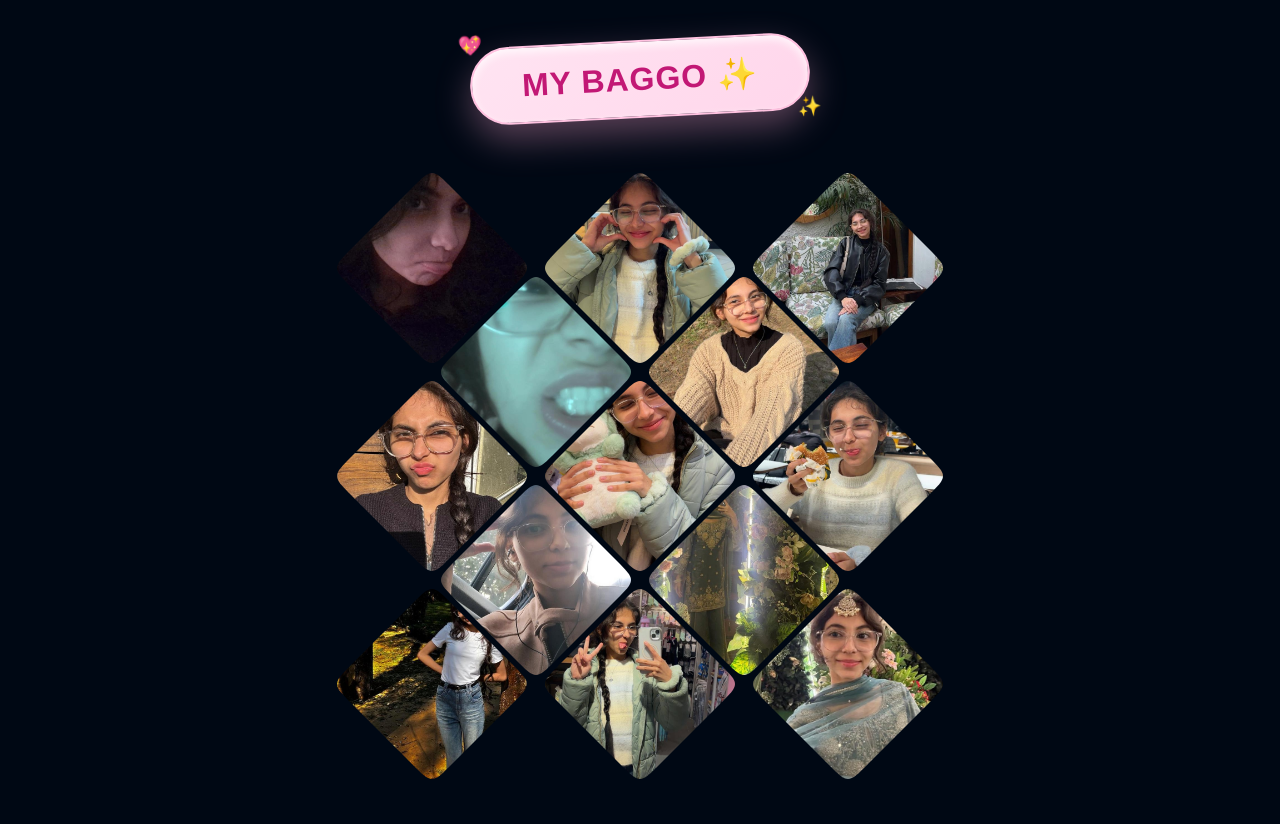
Repository: Drakaarys/muhehe
Page: gallery.html
These files come from the project's save history. The page is drawn as it stood at one moment and after the next save; the edit follows.
The browser window is 1280 px wide. The pictures show the whole page.

Above is the page before, as saved 2026-02-26 16:26:52.

After the next save:
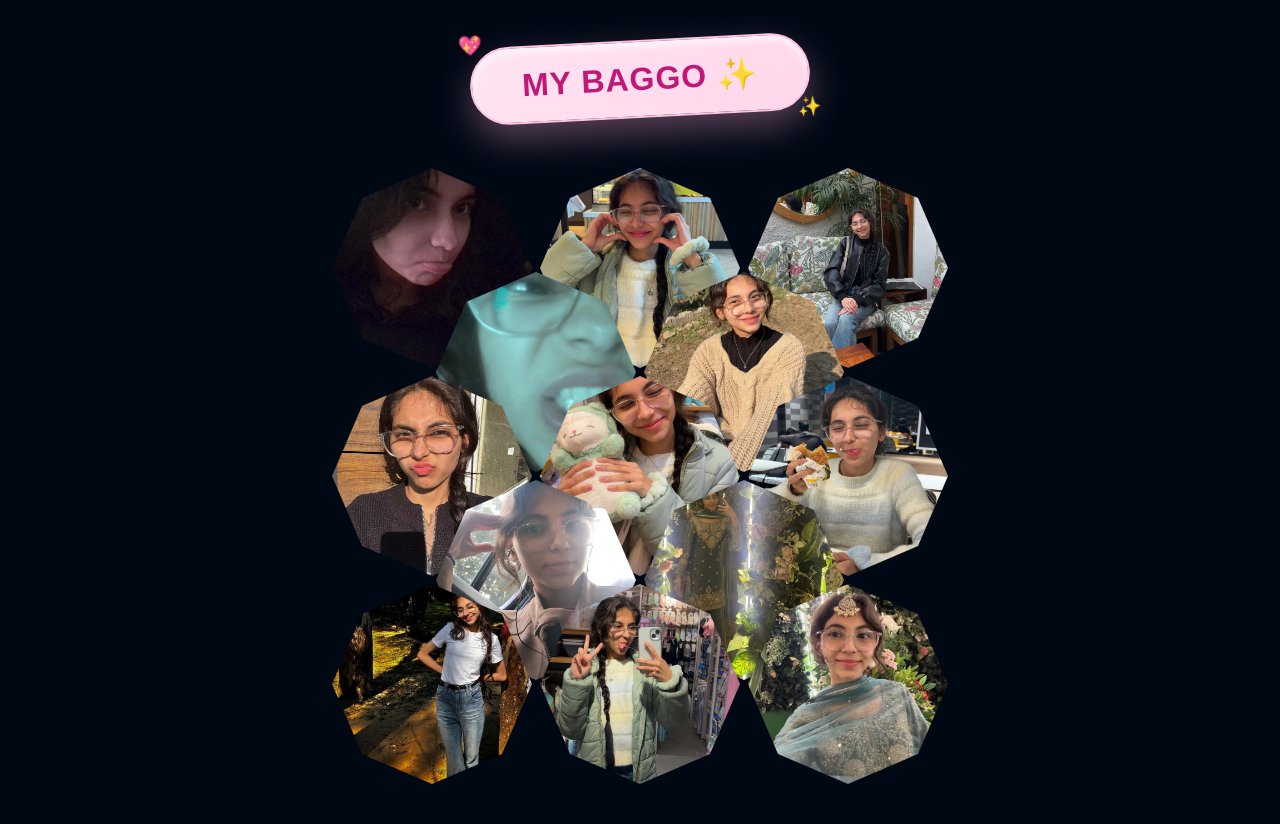
Saved 4 min 40 s later.
--- a/gallery.html
+++ b/gallery.html
@@ -113,9 +113,16 @@
 	grid-column: span 2;
 	border-radius: 0.5rem;
 
-	clip-path: path(
-		"M 80 20 C 100 0 100 0 120 20 C 140 40 160 60 180 80 C 200 100 200 100 180 120 C 160 140 140 160 120 180 C 100 200 100 200 80 180 C 60 160 40 140 20 120 C 0 100 0 100 20 80 Z"
-	);
+	clip-path: polygon(
+50% 0%,
+85% 15%,
+100% 50%,
+85% 85%,
+50% 100%,
+15% 85%,
+0% 50%,
+15% 15%
+);
 
 	transition: filter 500ms ease, clip-path 500ms ease;
 }

After the save that followed:
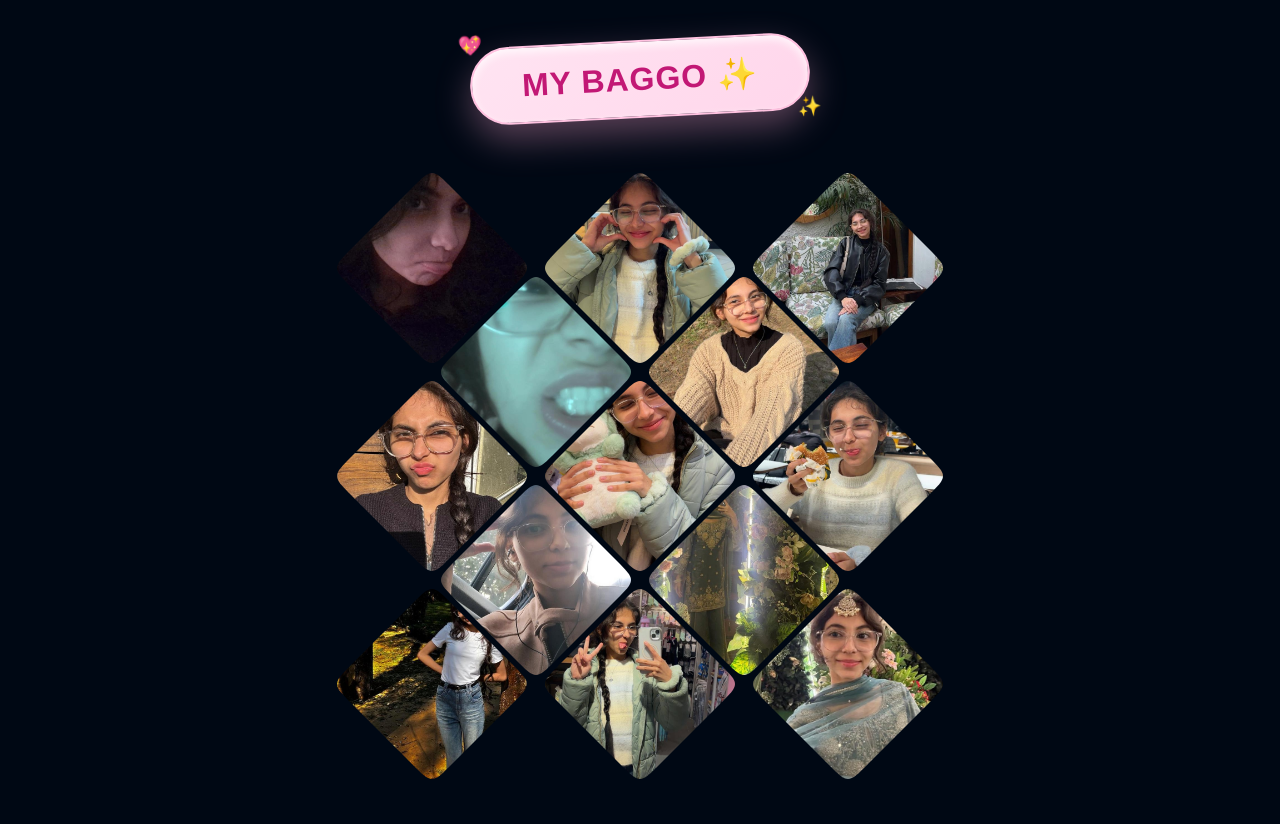
Saved 18 s later.
--- a/gallery.html
+++ b/gallery.html
@@ -113,16 +113,9 @@
 	grid-column: span 2;
 	border-radius: 0.5rem;
 
-	clip-path: polygon(
-50% 0%,
-85% 15%,
-100% 50%,
-85% 85%,
-50% 100%,
-15% 85%,
-0% 50%,
-15% 15%
-);
+	clip-path: path(
+		"M 80 20 C 100 0 100 0 120 20 C 140 40 160 60 180 80 C 200 100 200 100 180 120 C 160 140 140 160 120 180 C 100 200 100 200 80 180 C 60 160 40 140 20 120 C 0 100 0 100 20 80 Z"
+	);
 
 	transition: filter 500ms ease, clip-path 500ms ease;
 }
